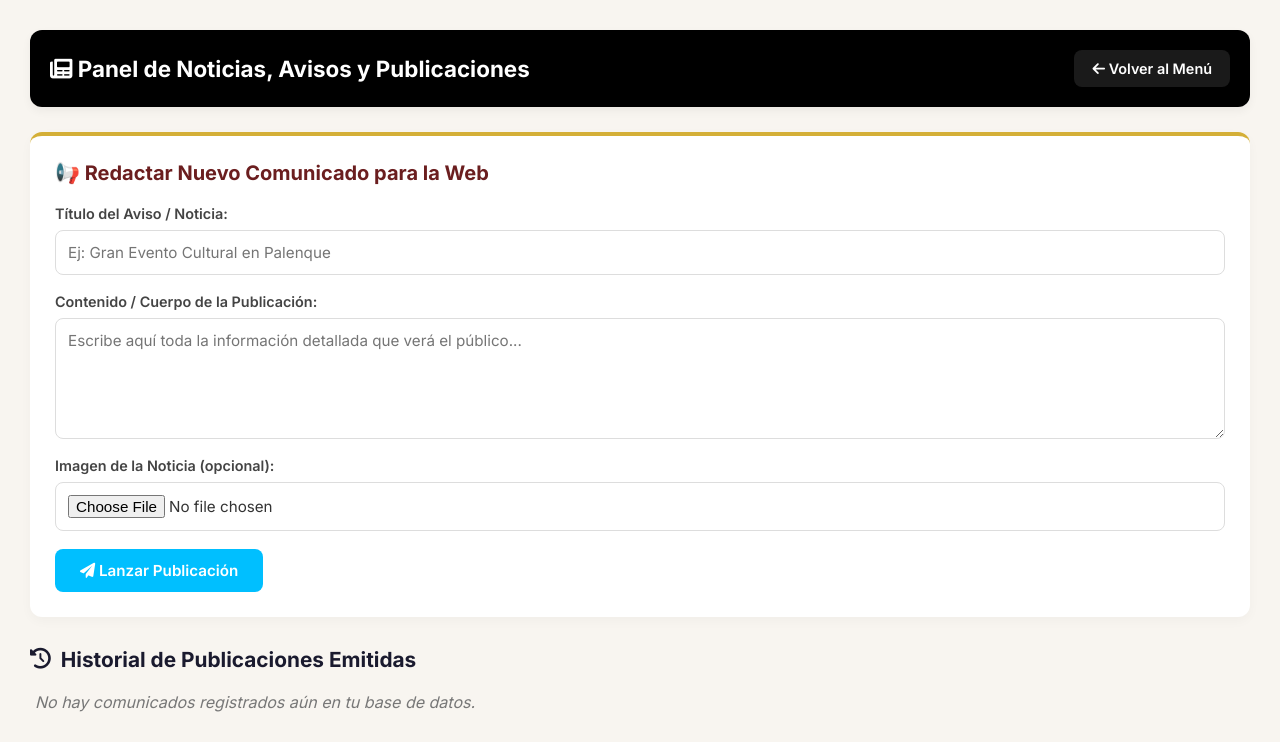
Repository: dalila777-xu/radiopakal1040am
Page: http://localhost/admin_publicaciones.php
These files come from the project's save history. The page is drawn as it stood at one moment and after the next save; the edit follows.
The browser window is 1280 px wide. The pictures show the whole page.
The page is run by PHP 8.4 with error messages shown; the project is at /var/www/html/. The session is filled in as if someone had signed in: {"usuario": "testuser", "nombre": "testuser"}. Other server files are loaded and not shown. Queries for data that is not in the repository find no rows.

Above is the page before, as saved 2026-07-07 18:28:22.

### admin_publicaciones.php
<?php
session_start();
if (!isset($_SESSION['usuario'])) {
    header("Location: index.php");
    exit();
}
include("db.php");

$mensaje = "";
$upload_dir = 'uploads/noticias/';
if (!is_dir($upload_dir)) {
    mkdir($upload_dir, 0755, true);
}

// --- ACCIÓN 1: SUBIR NUEVA PUBLICACIÓN ---
if (isset($_POST['agregar_post'])) {
    $titulo = mysqli_real_escape_string($conn, $_POST['titulo']);
    $contenido = mysqli_real_escape_string($conn, $_POST['contenido']);

    // Respaldo por si 'nombre' no está definido en la sesión
    $session_autor = $_SESSION['nombre'] ?? $_SESSION['usuario'] ?? 'Administrador';
    $autor = mysqli_real_escape_string($conn, $session_autor);
    $imagen_path = '';

    if (!empty($titulo) && !empty($contenido)) {
        if (isset($_FILES['imagen']) && $_FILES['imagen']['error'] === UPLOAD_ERR_OK) {
            $tmp_name = $_FILES['imagen']['tmp_name'];
            $original_name = basename($_FILES['imagen']['name']);
            $extension = strtolower(pathinfo($original_name, PATHINFO_EXTENSION));
            $allowed_extensions = ['jpg', 'jpeg', 'png', 'webp', 'gif'];

            if (in_array($extension, $allowed_extensions)) {
                $filename = time() . '_' . bin2hex(random_bytes(5)) . '.' . $extension;
                $destino = $upload_dir . $filename;

                if (move_uploaded_file($tmp_name, $destino)) {
                    if (!empty($imagen_actual) && file_exists($imagen_actual)) {
                        @unlink($imagen_actual);
                    }
                    $imagen_path = mysqli_real_escape_string($conn, $destino);
                } else {
                    $mensaje = "<div class='alert error'>❌ No se pudo subir la imagen.</div>";
                }
            } else {
                $mensaje = "<div class='alert error'>❌ Formato de imagen no admitido. Usa JPG, PNG, WEBP o GIF.</div>";
            }
        }

        if (empty($mensaje)) {
            $query = "INSERT INTO publicaciones (titulo, contenido, autor, imagen, fecha_creacion) VALUES ('$titulo', '$contenido', '$autor', '$imagen_path', NOW())";
            if (mysqli_query($conn, $query)) {
                $mensaje = "<div class='alert success'>✨ Publicación subida con éxito al Index.</div>";
            } else {
                $mensaje = "<div class='alert error'>❌ Error al publicar: " . mysqli_error($conn) . "</div>";
            }
        }
    } else {
        $mensaje = "<div class='alert error'>❌ Completa todos los campos requeridos.</div>";
    }
}

// --- ACCIÓN 2: ELIMINAR PUBLICACIÓN ---
if (isset($_GET['eliminar'])) {
    $id = intval($_GET['eliminar']);
    $res_img = mysqli_query($conn, "SELECT imagen FROM publicaciones WHERE id = $id");
    if ($res_img && mysqli_num_rows($res_img) > 0) {
        $row_img = mysqli_fetch_assoc($res_img);
        if (!empty($row_img['imagen']) && file_exists($row_img['imagen'])) {
            @unlink($row_img['imagen']);
        }
    }

    $query = "DELETE FROM publicaciones WHERE id = $id";
    if (mysqli_query($conn, $query)) {
        $mensaje = "<div class='alert success'>🗑️ Post eliminado correctamente.</div>";
    } else {
        $mensaje = "<div class='alert error'>❌ Error al eliminar el registro.</div>";
    }
}

// --- ACCIÓN 3: ACTUALIZAR PUBLICACIÓN ---
if (isset($_POST['actualizar_post'])) {
    $id = intval($_POST['id']);
    $titulo = mysqli_real_escape_string($conn, $_POST['titulo']);
    $contenido = mysqli_real_escape_string($conn, $_POST['contenido']);
    $imagen_actual = $_POST['imagen_actual'] ?? '';
    $imagen_path = mysqli_real_escape_string($conn, $imagen_actual);

    if (isset($_FILES['imagen']) && $_FILES['imagen']['error'] === UPLOAD_ERR_OK) {
        $tmp_name = $_FILES['imagen']['tmp_name'];
        $original_name = basename($_FILES['imagen']['name']);
        $extension = strtolower(pathinfo($original_name, PATHINFO_EXTENSION));
        $allowed_extensions = ['jpg', 'jpeg', 'png', 'webp', 'gif'];

        if (in_array($extension, $allowed_extensions)) {
            $filename = time() . '_' . bin2hex(random_bytes(5)) . '.' . $extension;
            $destino = $upload_dir . $filename;

            if (move_uploaded_file($tmp_name, $destino)) {
                $imagen_path = mysqli_real_escape_string($conn, $destino);
            } else {
                $mensaje = "<div class='alert error'>❌ No se pudo subir la imagen.</div>";
            }
        } else {
            $mensaje = "<div class='alert error'>❌ Formato de imagen no admitido. Usa JPG, PNG, WEBP o GIF.</div>";
        }
    }

    if (empty($mensaje)) {
        $query = "UPDATE publicaciones SET titulo = '$titulo', contenido = '$contenido'";
        if (!empty($imagen_path)) {
            $query .= ", imagen = '$imagen_path'";
        }
        $query .= " WHERE id = $id";

        if (mysqli_query($conn, $query)) {
            $mensaje = "<div class='alert success'>🔄 Post actualizado correctamente en la web.</div>";
        } else {
            $mensaje = "<div class='alert error'>❌ Error al actualizar.</div>";
        }
    }
}

// --- PASO PREVIO PARA EDITAR ---
$edit_mode = false;
$edit_id = "";
$edit_titulo = "";
$edit_contenido = "";
$edit_imagen = "";

if (isset($_GET['editar'])) {
    $edit_mode = true;
    $id_editar = intval($_GET['editar']);
    $res_edit = mysqli_query($conn, "SELECT * FROM publicaciones WHERE id = $id_editar");
    if ($res_edit && mysqli_num_rows($res_edit) > 0) {
        $row_edit = mysqli_fetch_assoc($res_edit);
        $edit_id = $row_edit['id'];
        $edit_titulo = $row_edit['titulo'];
        $edit_contenido = $row_edit['contenido'];
        $edit_imagen = $row_edit['imagen'] ?? '';
    }
}
?>
<!DOCTYPE html>
<html lang="es">
<head>
    <meta charset="UTF-8">
    <meta name="viewport" content="width=device-width, initial-scale=1.0">
    <title>Administrar Publicaciones | Radio Pakal</title>
    <link href="https://fonts.googleapis.com/css2?family=Inter:wght@400;600;700&display=swap" rel="stylesheet">
    <link rel="stylesheet" href="https://cdnjs.cloudflare.com/ajax/libs/font-awesome/6.0.0-beta3/css/all.min.css">
    <style>
        * { margin: 0; padding: 0; box-sizing: border-box; font-family: 'Inter', sans-serif; }
        body { background: #f8f5f0; padding: 30px; color: #1a1a2e; }

        .header-modulo { background: #000000; color: white; padding: 20px; border-radius: 12px; display: flex; justify-content: space-between; align-items: center; margin-bottom: 25px; box-shadow: 0 4px 10px rgba(0,0,0,0.05); }
        .header-modulo h2 { font-size: 1.4rem; font-weight: 700; }
        .header-modulo a { color: white; text-decoration: none; font-weight: 600; background: rgba(255,255,255,0.1); padding: 10px 18px; border-radius: 8px; transition: background 0.2s; font-size: 0.9rem; }
        .header-modulo a:hover { background: rgba(255,255,255,0.2); }

        .form-container { background: white; padding: 25px; border-radius: 12px; box-shadow: 0 4px 12px rgba(0,0,0,0.03); margin-bottom: 30px; border-top: 4px solid #D4AF37; }
        .form-container h3 { color: #6B1E1F; font-size: 1.25rem; margin-bottom: 20px; }

        .form-group { margin-bottom: 18px; display: flex; flex-direction: column; }
        .form-group label { font-weight: 600; margin-bottom: 8px; font-size: 0.9rem; color: #444; }
        .form-group input, .form-group textarea { padding: 12px; border: 1px solid #ddd; border-radius: 8px; font-size: 0.95rem; outline: none; transition: border-color 0.2s; color: #333; }
        .form-group input:focus, .form-group textarea:focus { border-color: #8B2C2D; }

        .btn-submit { background: #00bfff; color: white; border: none; padding: 12px 25px; border-radius: 8px; font-weight: 600; cursor: pointer; font-size: 0.95rem; display: inline-block; transition: background 0.2s; }
        .btn-submit:hover { background: #0099cc; }
        .btn-update { background: #D4AF37; color: #1a1a2e; }
        .btn-update:hover { background: #bfa032; }
        .btn-cancel { background: #e2e8f0; color: #4a5568; text-decoration: none; padding: 12px 25px; border-radius: 8px; font-weight: 600; font-size: 0.95rem; display: inline-block; margin-left: 10px; transition: background 0.2s; }
        .btn-cancel:hover { background: #cbd5e1; }

        h3.section-title { color: #1a1a2e; font-size: 1.3rem; font-weight: 700; margin-bottom: 20px; display: flex; align-items: center; gap: 10px; }

        .post-item { background: white; padding: 22px; border-radius: 12px; box-shadow: 0 4px 10px rgba(0,0,0,0.02); margin-bottom: 20px; border-left: 5px solid #8B2C2D; position: relative; }
        .post-item h4 { margin-bottom: 6px; color: #6B1E1F; font-size: 1.25rem; font-weight: 700; }
        .post-item small { color: #718096; display: block; margin-bottom: 12px; font-size: 0.85rem; }
        .post-item p { color: #4a5568; line-height: 1.6; font-size: 0.95rem; white-space: pre-line; }

        .post-actions { margin-top: 20px; text-align: right; }
        .post-actions a { text-decoration: none; padding: 8px 16px; border-radius: 6px; font-size: 0.85rem; font-weight: 600; margin-left: 10px; display: inline-block; transition: opacity 0.2s; }
        .post-actions a:hover { opacity: 0.9; }
        .btn-edit { background: #16a34a; color: #ffffff; }
        .btn-delete { background: #dc2626; color: #ffffff; }

        .alert { padding: 15px; border-radius: 8px; margin-bottom: 22px; font-weight: 600; font-size: 0.95rem; }
        .success { background: #c6f6d5; color: #22543d; border: 1px solid #9ae6b4; }
        .error { background: #fed7d7; color: #742a2a; border: 1px solid #feb2b2; }
    </style>
</head>
<body>

    <div class="header-modulo">
        <h2><i class="fas fa-newspaper"></i> Panel de Noticias, Avisos y Publicaciones</h2>
        <a href="admin.php"><i class="fas fa-arrow-left"></i> Volver al Menú</a>
    </div>

    <?php echo $mensaje; ?>

    <div class="form-container">
        <h3><?php echo $edit_mode ? "📝 Editar Publicación Actual" : "📢 Redactar Nuevo Comunicado para la Web"; ?></h3>

        <form action="admin_publicaciones.php" method="POST" enctype="multipart/form-data">
            <?php if ($edit_mode): ?>
                <input type="hidden" name="id" value="<?php echo $edit_id; ?>">
            <?php endif; ?>

            <div class="form-group">
                <label>Título del Aviso / Noticia:</label>
                <input type="text" name="titulo" placeholder="Ej: Gran Evento Cultural en Palenque" required value="<?php echo htmlspecialchars($edit_titulo); ?>">
            </div>

            <div class="form-group">
                <label>Contenido / Cuerpo de la Publicación:</label>
                <textarea name="contenido" rows="5" placeholder="Escribe aquí toda la información detallada que verá el público..." required><?php echo htmlspecialchars($edit_contenido); ?></textarea>
            </div>

            <div class="form-group">
                <label>Imagen de la Noticia (opcional):</label>
                <?php if ($edit_mode && !empty($edit_imagen)): ?>
                    <div style="margin-bottom:12px;">
                        <img src="<?php echo htmlspecialchars($edit_imagen); ?>" alt="Imagen actual" style="max-width:100%; border-radius:8px; display:block;">
                    </div>
                <?php endif; ?>
                <input type="file" name="imagen" accept=".jpg,.jpeg,.png,.webp,.gif">
                <?php if ($edit_mode): ?>
                    <input type="hidden" name="imagen_actual" value="<?php echo htmlspecialchars($edit_imagen); ?>">
                <?php endif; ?>
            </div>

            <div>
                <?php if ($edit_mode): ?>
                    <button type="submit" name="actualizar_post" class="btn-submit btn-update"><i class="fas fa-save"></i> Guardar Cambios</button>
                    <a href="admin_publicaciones.php" class="btn-cancel">Cancelar Edición</a>
                <?php else: ?>
                    <button type="submit" name="agregar_post" class="btn-submit"><i class="fas fa-paper-plane"></i> Lanzar Publicación</button>
                <?php endif; ?>
            </div>
        </form>
    </div>

    <h3 class="section-title"><i class="fas fa-history"></i> Historial de Publicaciones Emitidas</h3>

    <div class="posts-list">
        <?php
        $res = mysqli_query($conn, "SELECT * FROM publicaciones ORDER BY id DESC");
        if ($res && mysqli_num_rows($res) > 0) {
            while ($row = mysqli_fetch_assoc($res)) {
                // Validación para la fecha en caso de que no tenga valor predeterminado válido en la base de datos
                $fecha_formateada = (!empty($row['fecha_creacion'])) ? date('d/m/Y H:i', strtotime($row['fecha_creacion'])) : 'Reciente';

                echo "<div class='post-item'>";
                if (!empty($row['imagen'])) {
                    // Ajuste de tamaño: altura fija para uniformidad (puedes cambiar 300px a la medida deseada)
                    echo "<div style='max-height:1000px; overflow:hidden; margin-bottom:16px; border-radius:12px;'>";
                    echo "<img src='" . htmlspecialchars($row['imagen']) . "' alt='Imagen de noticia' style='width:100%; height:300px; display:block; object-fit:cover;'>";
                    echo "</div>";
                }
                echo "<h4>" . htmlspecialchars($row['titulo']) . "</h4>";
                echo "<small><i class='far fa-calendar-alt'></i> " . $fecha_formateada . " | <i class='far fa-user'></i> Autor: " . htmlspecialchars($row['autor']) . "</small>";
                echo "<p>" . htmlspecialchars($row['contenido']) . "</p>";
                echo "<div class='post-actions'>";
                echo "<a href='admin_publicaciones.php?editar=" . $row['id'] . "' class='btn-edit'><i class='fas fa-edit'></i> Editar</a>";
                echo "<a href='admin_publicaciones.php?eliminar=" . $row['id'] . "' class='btn-delete' onclick='return confirm(\"¿Deseas eliminar permanentemente esta publicación del index?\");'><i class='fas fa-trash-alt'></i> Eliminar</a>";
                echo "</div>";
                echo "</div>";
            }
        } else {
            echo "<p style='color:#777; font-style:italic; padding-left: 5px;'>No hay comunicados registrados aún en tu base de datos.</p>";
        }
        ?>
    </div>

</body>
</html>

### db.php
<?php
$servername = "localhost";
$username = "root";   // usuario por defecto en XAMPP
$password = "12345678";       // normalmente vacío
$database = "radio_pakal"; // tu base de datos

$conn = mysqli_connect($servername, $username, $password, $database);

if (!$conn) {
    die("Error de conexión: " . mysqli_connect_error());
}
?>

After the next save:
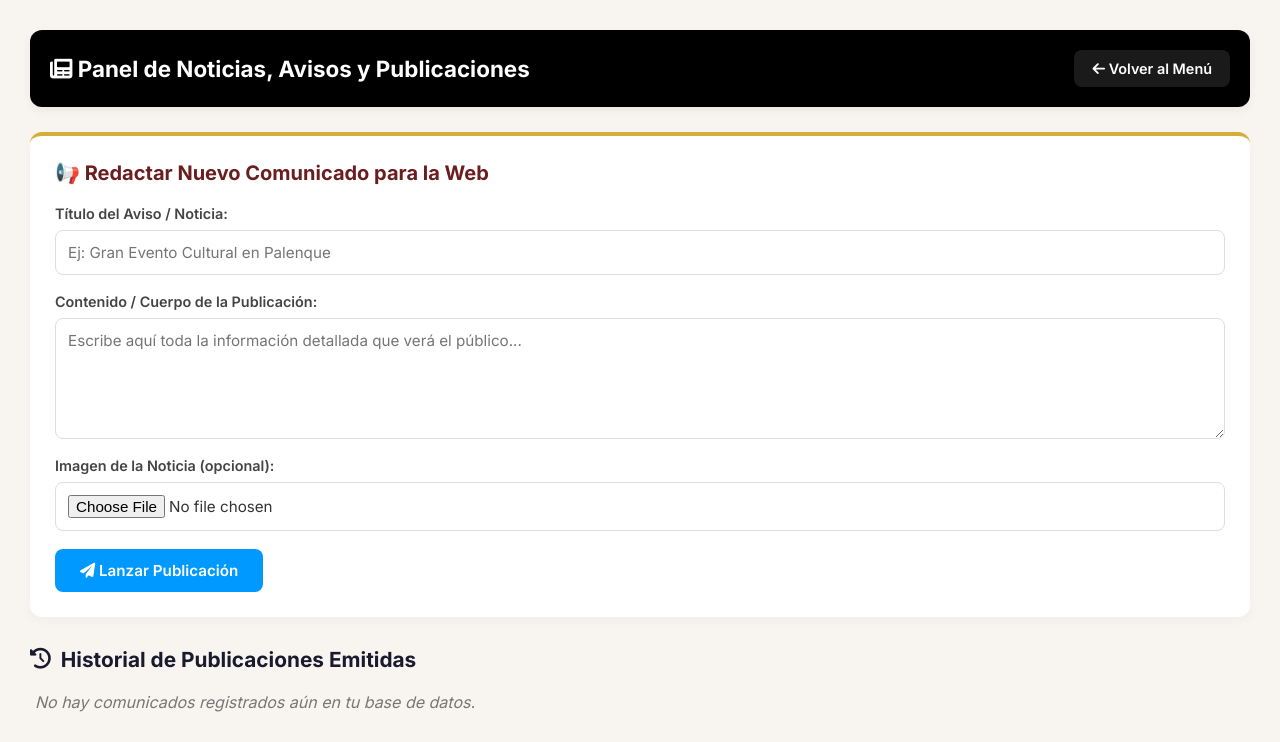
Saved 9 min 33 s later.
--- a/admin_publicaciones.php
+++ b/admin_publicaciones.php
@@ -166,8 +166,8 @@ if (isset($_GET['editar'])) {
         .form-group input, .form-group textarea { padding: 12px; border: 1px solid #ddd; border-radius: 8px; font-size: 0.95rem; outline: none; transition: border-color 0.2s; color: #333; }
         .form-group input:focus, .form-group textarea:focus { border-color: #8B2C2D; }
 
-        .btn-submit { background: #00bfff; color: white; border: none; padding: 12px 25px; border-radius: 8px; font-weight: 600; cursor: pointer; font-size: 0.95rem; display: inline-block; transition: background 0.2s; }
-        .btn-submit:hover { background: #0099cc; }
+        .btn-submit { background: #0099FF; color: white; border: none; padding: 12px 25px; border-radius: 8px; font-weight: 600; cursor: pointer; font-size: 0.95rem; display: inline-block; transition: background 0.2s; }
+        .btn-submit:hover { background: #0099FF; }
         .btn-update { background: #D4AF37; color: #1a1a2e; }
         .btn-update:hover { background: #bfa032; }
         .btn-cancel { background: #e2e8f0; color: #4a5568; text-decoration: none; padding: 12px 25px; border-radius: 8px; font-weight: 600; font-size: 0.95rem; display: inline-block; margin-left: 10px; transition: background 0.2s; }
